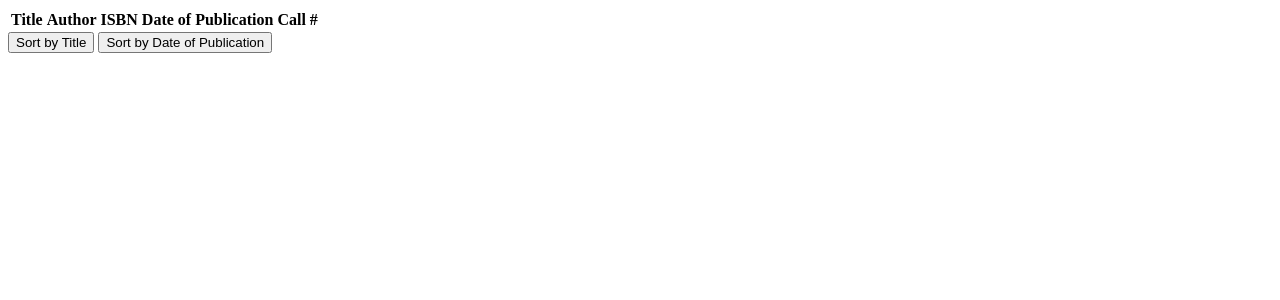
Repository: avega15/Library-Database
Page: http://localhost/main
An editor plug-in stored every save of this project. The page is shown before and after the next save, followed by the edit.
The browser window is 1280 px wide. The pictures show the whole page.
The page is this project's Thymeleaf template; nobody is signed in. The template is opened directly, without the code that normally fills it, so the values that code supplies are empty.

Above is the page before, as saved 2021-04-20 03:38:53.

After the next save:
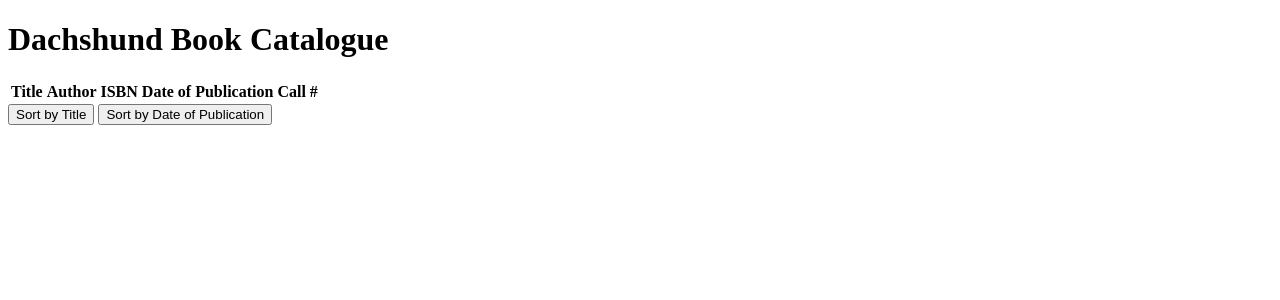
Saved 3 min 29 s later.
--- a/demo/src/main/resources/templates/main.html
+++ b/demo/src/main/resources/templates/main.html
@@ -5,12 +5,14 @@
 <meta http-equiv="Content-Type" content="text/html; charset=UTF-8" />
 </head>
 <body>
+	<h1>Dachshund Book Catalogue</h1>
 	<table>
 		<tr>
 			<th onclick="window.location.href='titleSort';">Title</th>
 			<th>Author</th>
 			<th>ISBN</th>
-			<th onclick="window.location.href='dateSort';">Date of Publication</th>
+			<th onclick="window.location.href='dateSort';">Date of
+				Publication</th>
 			<th>Call #</th>
 		</tr>
 		<tr th:each="bib: ${bibs}">
@@ -21,7 +23,9 @@
 			<td th:text="${bib.get(4)}"></td>
 		</tr>
 	</table>
-	<button onclick="window.location.href='titleSort'">Sort by Title</button>
-	<button onclick="window.location.href='dateSort'">Sort by Date of Publication</button>
+	<button onclick="window.location.href='titleSort'">Sort by
+		Title</button>
+	<button onclick="window.location.href='dateSort'">Sort by Date
+		of Publication</button>
 </body>
 </html>
